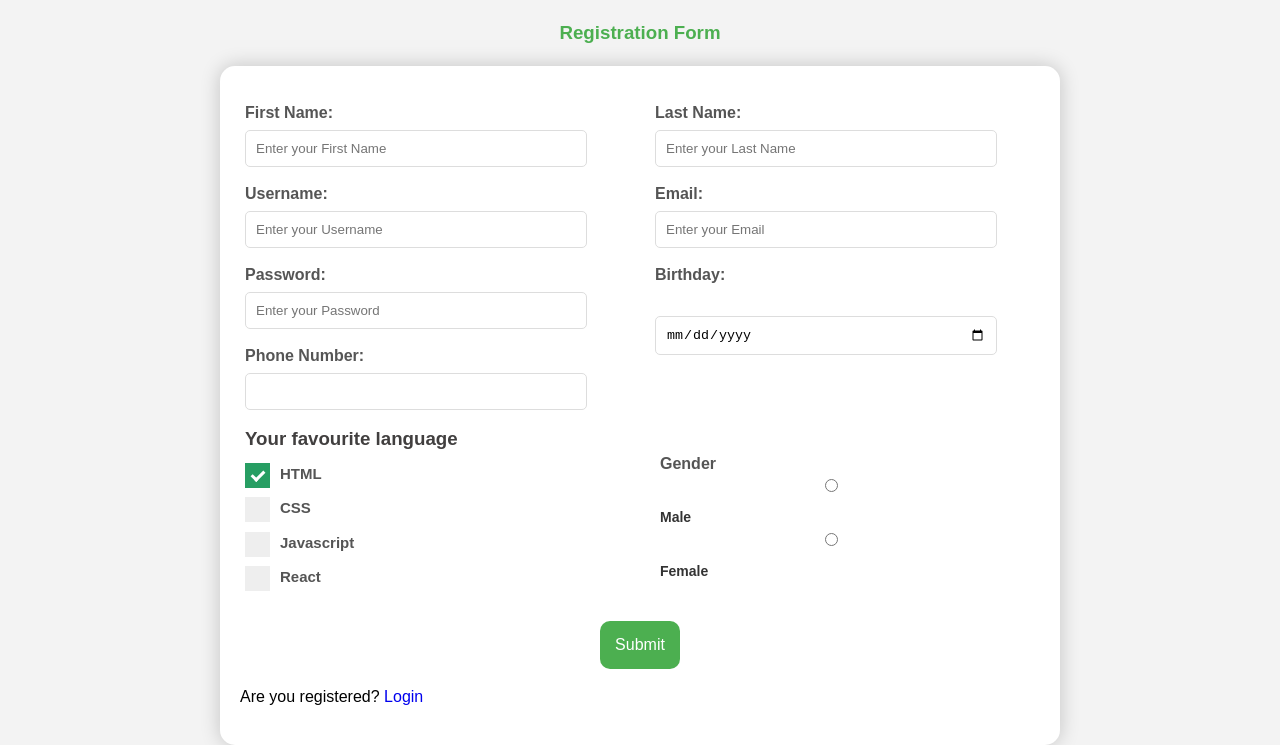
Repository: alizey12/Regestratin-Form-js
Page: regester.html
These files come from the project's save history. The page is drawn as it stood at one moment and after the next save; the edit follows.
The browser window is 1280 px wide. The pictures show the whole page.

Above is the page before, as saved 2024-11-29 19:08:36.

### regester.html
<!DOCTYPE html>
<html lang="en">
<head>
    <meta charset="UTF-8">
    <meta name="viewport" content="width=device-width, initial-scale=1.0">
    <link rel="stylesheet" href="regester.css">
    <title>Registration Form</title>
</head>
<body>
    <h3>Registration Form</h3>
    <div class="main">
        <form action="">
            <div class="grid-container">
                <div>
                    <label for="first">First Name:</label>
                    <input type="text" id="first" name="first" placeholder="Enter your First Name" required>

                    <label for="username">Username:</label>
                    <input type="text" id="username" name="username" placeholder="Enter your Username" required>

                    <label for="password">Password:</label>
                    <input type="password" id="password" name="password" placeholder="Enter your Password" required>

                    <label for="quantity">Phone Number:</label>
                    <input type="number" id="quantity" name="quantity" min="1" max="15">

                    <h3 class="heading">Your favourite language</h3>
                    <label class="container">HTML
                        <input type="checkbox" checked="checked">
                        <span class="checkmark"></span>
                      </label>

                      <label class="container">CSS
                        <input type="checkbox">
                        <span class="checkmark"></span>
                      </label>

                      <label class="container">Javascript
                        <input type="checkbox">
                        <span class="checkmark"></span>
                      </label>

                      <label class="container">React
                        <input type="checkbox">
                        <span class="checkmark"></span>
                      </label>


                </div>
                <div>
                    <label for="second">Last Name:</label>
                    <input type="text" id="second" name="second" placeholder="Enter your Last Name" required>

                    <label for="email">Email:</label>
                    <input type="email" id="email" name="email" placeholder="Enter your Email"  pattern="^[a-zA-Z0-9._%+-]+@[a-zA-Z0-9.-]+\.[a-zA-Z]{2,}$"
                    title="Enter a valid email address (e.g., user@example.com)" required>

                    <label for="birthday">Birthday:</label>
                    <br>
                    <input type="date" id="birthday" name="birthday">
                    <div class="gen-rad">
                        <p>Gender</p>
                        <input type="radio" id="male" name="gender" value="male">
                        <label for="male">Male</label>
                        <input type="radio" id="female" name="gender" value="female">
                        <label for="female">Female</label>
                    </div>


                </div>
            </div>
            <div class="wrap">
                <button type="submit">Submit</button>
            </div>
        </form>
        <p>Are you registered?
            <a href="signin.html" style="text-decoration: none;">Login</a>
        </p>
    </div>
</body>
</html>

### regester.css
body {
    display: flex;
    align-items: center;
    justify-content: center;
    font-family: sans-serif;
    line-height: 1.5;
    min-height: 100vh;
    background: #f3f3f3;
    flex-direction: column;
    margin: 0;
}

.main {
    background-color: #fff;
    border-radius: 15px;
    box-shadow: 0 0 20px rgba(0, 0, 0, 0.2);
    padding: 20px;
    transition: transform 0.2s;
    width: 800px;
}

h3 {
    color: #4CAF50;
    text-align: center;
}

label {
    display: block;
    margin-top: 10px;
    margin-bottom: 5px;
    text-align: left;
    color: #555;
    font-weight: bold;
}

input {
    display: block;
    width: 90%;
    margin-bottom: 15px;
    padding: 10px;
    box-sizing: border-box;
    border: 1px solid #ddd;
    border-radius: 5px;
}

button {
    padding: 15px;
    border-radius: 10px;
    margin-top: 15px;
    border: none;
    color: white;
    cursor: pointer;
    background-color: #4CAF50;
    font-size: 16px;
}

.wrap {
    display: flex;
    justify-content: center;
    align-items: center;
}

.grid-container {
    display: grid;

    grid-template-columns: 1fr 1fr;
    gap: 20px;
}

.grid-container div {
    padding: 5px;
}


/* Customize the label (the container) */
.container {
    display: block;
    position: relative;
    padding-left: 35px;
    margin-bottom: 12px;
    cursor: pointer;
    font-size: 15px;
    -webkit-user-select: none;
    -moz-user-select: none;
    -ms-user-select: none;
    user-select: none;
  }
  .gen-rad{
    margin-top: 20%;
  }
  /* Hide the browser's default checkbox */
  .container input {
    position: absolute;
    opacity: 0;
    cursor: pointer;
    height: 0;
    width: 0;
  }
  .heading{
    color: rgb(65, 63, 63);
    display: contents;
  padding: 5px;
  }
  /* Create a custom checkbox */
  .checkmark {
    position: absolute;
    top: 0;
    left: 0;
    height: 25px;
    width: 25px;
    background-color: #eee;
  }

  /* On mouse-over, add a grey background color */
  .container:hover input ~ .checkmark {
    background-color: #ccc;
  }

  /* When the checkbox is checked, add a blue background */
  .container input:checked ~ .checkmark {
    background-color: #279e63;
  }

  /* Create the checkmark/indicator (hidden when not checked) */
  .checkmark:after {
    content: "";
    position: absolute;
    display: none;
  }

  /* Show the checkmark when checked */
  .container input:checked ~ .checkmark:after {
    display: block;
  }

  /* Style the checkmark/indicator */
  .container .checkmark:after {
    left: 9px;
    top: 5px;
    width: 5px;
    height: 10px;
    border: solid white;
    border-width: 0 3px 3px 0;
    -webkit-transform: rotate(45deg);
    -ms-transform: rotate(45deg);
    transform: rotate(45deg);
  }


.gen-rad p {
    margin-bottom: 1px;
    font-weight: bold;
    color: #555;
}


.gen-rad label {

    font-size: 14px;
    color: #333;
}

After the next save:
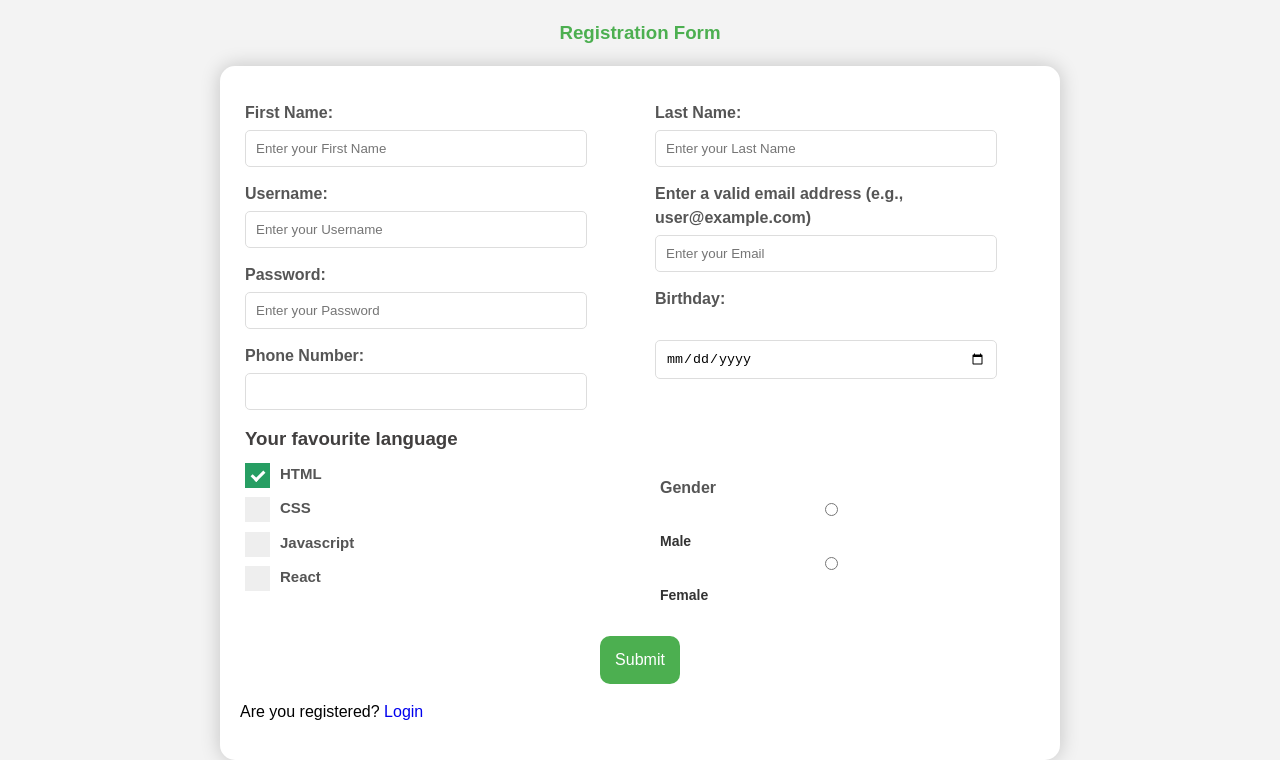
Saved 81 s later.
--- a/regester.html
+++ b/regester.html
@@ -51,7 +51,7 @@
                     <label for="second">Last Name:</label>
                     <input type="text" id="second" name="second" placeholder="Enter your Last Name" required>
 
-                    <label for="email">Email:</label>
+                    <label for="email">Enter a valid email address (e.g., user@example.com)</label>
                     <input type="email" id="email" name="email" placeholder="Enter your Email"  pattern="^[a-zA-Z0-9._%+-]+@[a-zA-Z0-9.-]+\.[a-zA-Z]{2,}$"
                     title="Enter a valid email address (e.g., user@example.com)" required>
 
